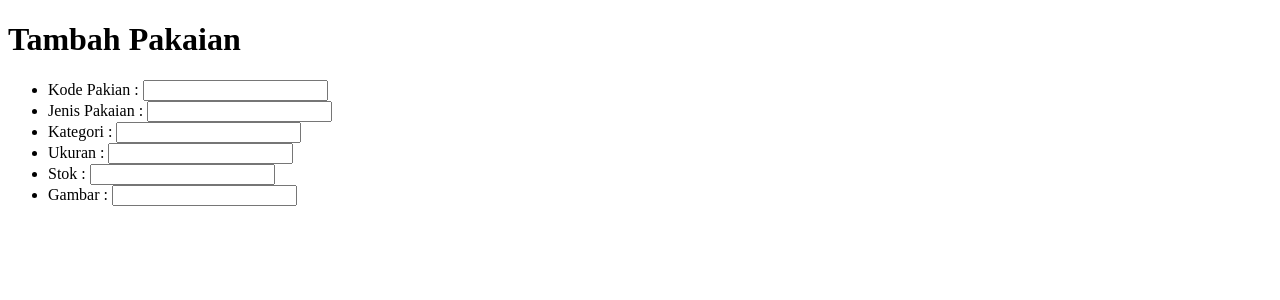
Repository: NovianRI/NovianRI.github.io
Page: http://localhost/tambah.php
An editor plug-in stored every save of this project. The page is shown before and after the next save, followed by the edit.
The browser window is 1280 px wide. The pictures show the whole page.
The page is run by PHP 8.4 with error messages shown; the project is at /var/www/html/.

Above is the page before, as saved 2024-01-16 21:41:57.

### tambah.php
<!DOCTYPE html>
<html lang="en">
<head>
    <meta charset="UTF-8">
    <meta name="viewport" content="width=device-width, initial-scale=1.0">
    <title>Tambah Pakaian</title>
</head>
<body>
    <h1>Tambah Pakaian</h1>

    <form action="" method="post">
        <ul>
            <li>
                <label for="kode">Kode Pakian : </label>
                <input type="text" name="kode" id="kode">
            </li>
            <li>
                <label for="jenis">Jenis Pakaian : </label>
                <input type="text" name="jenis" id="jenis">
            </li>
            <li>
                <label for="kategori">Kategori : </label>
                <input type="text" name="kategori" id="kategori">
            </li>
            <li>
                <label for="ukuran">Ukuran : </label>
                <input type="text" name="ukuran" id="ukuran">
            </li>
            <li>
                <label for="stok">Stok : </label>
                <input type="text" name="stok" id="stok">
            </li>
            <li>
                <label for="gambar">Gambar : </label>
                <input type="text" name="gambar" id="gambar">
            </li>
        </ul>
    </form>
</body>
</html>

After the next save:
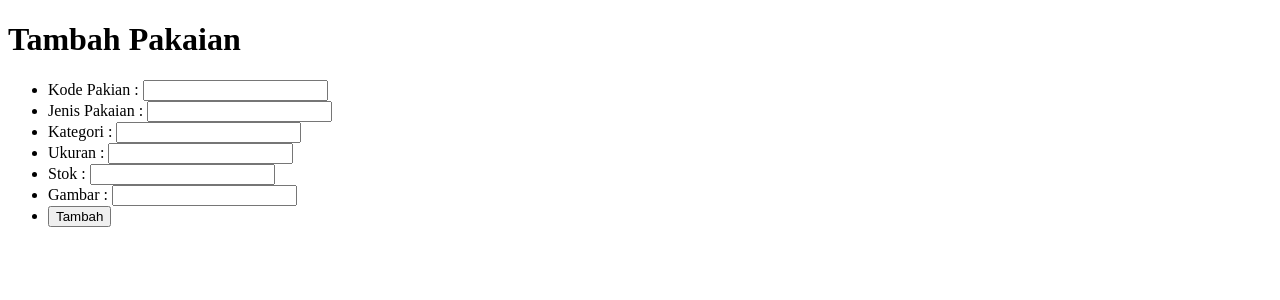
Saved 88 s later.
--- a/tambah.php
+++ b/tambah.php
@@ -34,6 +34,9 @@
                 <label for="gambar">Gambar : </label>
                 <input type="text" name="gambar" id="gambar">
             </li>
+            <li>
+                <button type="submit" name="submit">Tambah</button>
+            </li>
         </ul>
     </form>
 </body>
